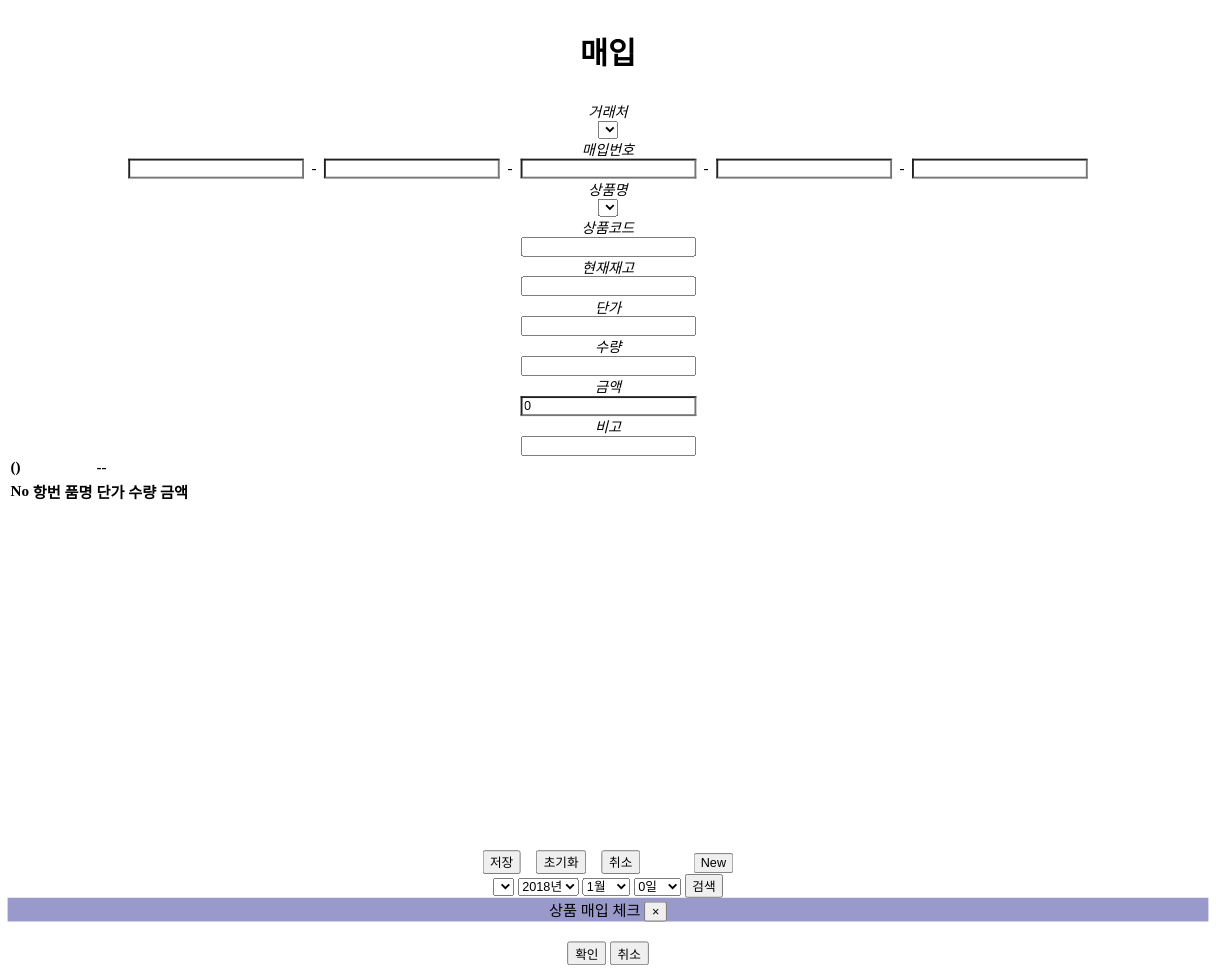
Repository: jaehyuny/springcontentall
Page: http://localhost/ncs4project/WEB-INF/views/distribution/pay_insert_form.jsp
The author's editor kept a copy of each file at every save. The page is drawn from the files as they stood at one save, then again after the next save.
The browser window is 1280 px wide. The pictures show the whole page, at 95% of full size.
The page is served by Tomcat 9. Nobody is signed in. Other server files are loaded and not shown. The template is opened directly, without the code that normally fills it, so the values that code supplies are empty.

Above is the page before, as saved 2018-07-25 03:41:24.

### ncs4webproject/ncs4project/src/main/webapp/WEB-INF/views/distribution/pay_insert_form.jsp
<%@ page language="java" contentType="text/html; charset=UTF-8"
    pageEncoding="UTF-8"%>
    <%@ taglib uri="http://java.sun.com/jsp/jstl/core" prefix="c" %>
<!DOCTYPE html PUBLIC "-//W3C//DTD HTML 4.01 Transitional//EN" "http://www.w3.org/TR/html4/loose.dtd">
<html>
<head>
<meta http-equiv="Content-Type" content="text/html; charset=UTF-8">
<title>Insert title here</title>
</head>
<body>
	<form id="buy_form" name="buy_form" action="buyinsert" method="post">
		<input type="hidden" id="vendname" name="vendname">
		<input type="hidden" id="seq" name="seq" value="0">
		<input type="hidden" id="beforeqty" name="beforeqty" value="0">
		<input type="hidden" id="beforeprocode" name="beforeprocode" value="0">
		<input type="hidden" id="beforeprice" name="beforeprice" value="0">
		<div class="container" style="text-align: center">
			<div style="margin-top: 30px">
				<h1>매입</h1>
			</div>
			<div class="row" style="margin-top: 30px">
				<div class="input-group mb-3 col-md-6">
					<div class="input-group mb-3">
						<div class="input-group-prepend">
							<span class="input-group-text" style="width: 100px"><i
								class="fas fa-address-card" style="font-size: 15px"> 거래처</i></span>
						</div>
						<select id="selectvender" name="vendcode" class="form-control">
							<c:forEach var="vender" items="${venders}">
								<option value="${vender.code}"<c:if test="${vender.code == buy.vendcode}">selected</c:if>>${vender.name}</option>
							</c:forEach>
						</select>
					</div>
					<div class="input-group mb-3">
						<div class="input-group-prepend">
							<span class="input-group-text" style="width: 100px"><i
								class="fas fa-address-card" style="font-size: 15px"> 매입번호</i></span>
						</div>
						<input type="text" id="yyyy" name="yyyy" class="form-control" style="background-color: #fff" value="${buy.yyyy}" readonly>
						&nbsp-&nbsp
						<input type="text" id="mm" name="mm" class="form-control" style="background-color: #fff" value="${buy.mm}" readonly>
						&nbsp-&nbsp
						<input type="text" id="dd" name="dd" class="form-control" style="background-color: #fff" value="${buy.dd}" readonly>
						&nbsp-&nbsp
						<input type="text" id="no" name="no" class="form-control" style="background-color: #fff" value="${buy.no}" readonly>
						&nbsp-&nbsp
						<input type="text" id="hang" name="hang" class="form-control" style="background-color: #fff" value="${buy.hang}" readonly>
					</div>
					<div class="input-group mb-3">
						<div class="input-group-prepend">
							<span class="input-group-text" style="width: 100px"><i
								class="fas fa-address-card" style="font-size: 15px"> 상품명</i></span>
						</div>
						<select id="selectproduct" name="procode" class="form-control">
							<c:forEach var="product" items="${products}">
								<option value="${product.code}">
								<c:choose>
									<c:when test="${product.code == 0000000000000}">${product.name}</c:when>
									<c:otherwise>${product.name} (${product.capacity})</c:otherwise>
								</c:choose>
								</option>
							</c:forEach>
						</select>
					</div>
					<div class="input-group mb-3">
						<div class="input-group-prepend">
							<span class="input-group-text" style="width: 100px"><i
								class="fas fa-address-card" style="font-size: 15px"> 상품코드</i></span>
						</div>
						<input type="text" id="productcode" name="productcode" class="form-control"
							maxlength="25" readonly>
						<div class="input-group-prepend">
							<span class="input-group-text" style="width: 100px"><i
								class="fas fa-address-card" style="font-size: 15px"> 현재재고</i></span>
						</div>
						<input type="text" id="stock" name="stock"
							class="form-control" maxlength="3" readonly>
					</div>
					<div class="input-group mb-3">
						<div class="input-group-prepend">
							<span class="input-group-text" style="width: 100px"><i
								class="fas fa-address-card" style="font-size: 15px"> 단가</i></span>
						</div>
						<input type="text" id="price" name="price" class="form-control"
							maxlength="9">
					</div>
					<div class="input-group mb-3">
						<div class="input-group-prepend">
							<span class="input-group-text" style="width: 100px"><i
								class="fas fa-address-card" style="font-size: 15px"> 수량</i></span>
						</div>
						<input type="text" id="qty" name="qty" class="form-control"
							maxlength="3">
					</div>
					<div class="input-group mb-3">
						<div class="input-group-prepend">
							<span class="input-group-text" style="width: 100px"><i
								class="fas fa-address-card" style="font-size: 15px"> 금액</i></span>
						</div>
						<input type="text" id="total" name="total" class="form-control" style="background-color: #fff" value="0"
							maxlength="9" readonly>
					</div>
					<div class="input-group mb-3">
						<div class="input-group-prepend">
							<span class="input-group-text" style="width: 100px"><i
								class="fas fa-address-card" style="font-size: 15px"> 비고</i></span>
						</div>
						<input type="text" id="memo" name="memo" class="form-control"
							maxlength="30">
					</div>
				</div>
				<div class="input-group mb-3 col-md-6" style="overflow:auto; height:415px">
					<div class="input-group mb-3">
						<table class="table table-bordered">
							<thead class="thead-dark">
								<tr style="text-align: left">
									<c:choose>
										<c:when test="${y == null}">
											<th colspan="3">(${buy.vendname})</th>
											<th colspan="3">${buy.yyyy}-${buy.mm}-${buy.dd}</th>
										</c:when>
										<c:otherwise>
											<th colspan="3">${vn}</th>
											<th colspan="3">
											<c:choose>
												<c:when test="${d != 0}">${y}-${m}-${d}</c:when>
												<c:otherwise>${y}-${m}</c:otherwise>
											</c:choose>
											</th>
										</c:otherwise>
									</c:choose>
								</tr>
								<tr>
									<th>No</th>
									<th>항번</th>
									<th>품명</th>
									<th>단가</th>
									<th>수량</th>
									<th>금액</th>
								</tr>
							</thead>
							<c:forEach var="buy" items="${buys}" varStatus="status">
								<tbody>
									<tr>
									<c:choose>
										<c:when test="${buy.hang==0 && buy.no !=0}">
											<td> </td>
											<td> </td>
											<td>소계</td>
											<td> </td>
											<td>${buy.qty}</td>
											<td>${buy.total}</td>
										</c:when>
										<c:when test="${buy.hang==0 && buy.no ==0}">
											<td></td>
											<td></td>
											<td>총계</td>
											<td></td>
											<td>${buy.qty}</td>
											<td>${buy.total}</td>
										</c:when>
										<c:otherwise>
											<c:choose>
												<c:when test="${d != 0}">
													<td>${buy.no}</td>
												</c:when>
												<c:otherwise>
													<td>${buy.dd}-${buy.no}</td>
												</c:otherwise>
											</c:choose>
											<td>${buy.hang}</td>
											<td><a href="#" onclick="selectedSeq(${buy.seq})">${buy.proname}</a></td>
											<td>${buy.price}</td>
											<td>${buy.qty}</td>
											<td>${buy.total}</td>
										</c:otherwise>
									</c:choose>
									</tr>
								</tbody>
							</c:forEach>
						</table>
					</div>
				</div>
			</div>
			</form>
			<form id="buysearch_form" action="buysearch" method="get">
			<div class="row">
				<div class="input-group mb-3 col-md-6">
					<button type="button" id="buysave" class="btn btn-primary">저장</button>
					&nbsp&nbsp
					<button type="button" id="buyupdate" class="btn btn-success" style="display: none">update</button>
					<button type="reset" id="buyreset" class="btn btn-success">초기화</button>
					&nbsp&nbsp
					<a href="index"><button type="button" id="buycancel"
							class="btn btn-warning">취소</button></a>
					&nbsp&nbsp&nbsp&nbsp&nbsp&nbsp&nbsp&nbsp&nbsp&nbsp&nbsp&nbsp
					<a href="buyinsertform"><button type="button" id="buynew" class="btn btn-danger">New</button></a>
				</div>
				<div class="input-group mb-3 col-md-6">
					<select id="searchvender" name="searchvender" class="form-control">
						<c:forEach var="vender" items="${venders}">
							<option value="${vender.code}"<c:if test="${vender.code == vn}">selected</c:if>>${vender.name}</option>
						</c:forEach>
					</select>
					<select id="searchyyyy" name="searchyyyy" class="form-control">
						<c:forEach begin="1" end="18" var="x" step="1">
							<c:choose>
								<c:when test="${x <= 9}">
									<option value="20${19-x}">20${19-x}년</option>
								</c:when>
								<c:otherwise>
									<option value="200${19-x}">200${19-x}년</option>
								</c:otherwise>
							</c:choose>
						</c:forEach>
					</select>
					<select id="searchmm" name="searchmm" class="form-control">
						<c:forEach var="i" begin="1" end="12" step="1">
							<option value="${i}"<c:if test="${i == m}">selected</c:if>>${i}월</option>
						</c:forEach>
					</select>
					<select id="searchdd" name="searchdd" class="form-control">
						<c:forEach var="i" begin="0" end="31" step="1">
							<option value="${i}"<c:if test="${i == d}">selected</c:if>>${i}일</option>
						</c:forEach>
					</select>
					<button type="button" id="buysearch" class="btn btn-primary">검색</button>
				</div>
			</div>
			<!-- Modal -->
			<div id="buymyModal" class="modal fade" role="dialog">
				<div class="modal-dialog">

					<!-- Modal content-->
					<div class="modal-content">
						<div class="modal-header" style="background-color: #9999cc">
							상품 매입 체크
							<button type="button" class="close" data-dismiss="modal">&times;</button>
							<h4 class="modal-title"></h4>
						</div>
						<div class="buy-modal-body">
							<p><span id="modalmsgvender"></span></p>
							<p><span id="modalmsgproduct"></span></p>
							<p><span id="modalmsg"></span></p>
						</div>
						<div class="modal-footer">
							<button type="button" class="btn btn-success buy_modal_btn1" data-dismiss="modal">확인</button>
							<button type="button" class="btn btn-success buy_modal_btn2" data-dismiss="modal">취소</button>
						</div>
					</div>
				</div>
			</div>
		</div>
	</form>
</body>
</html>

After the next save:
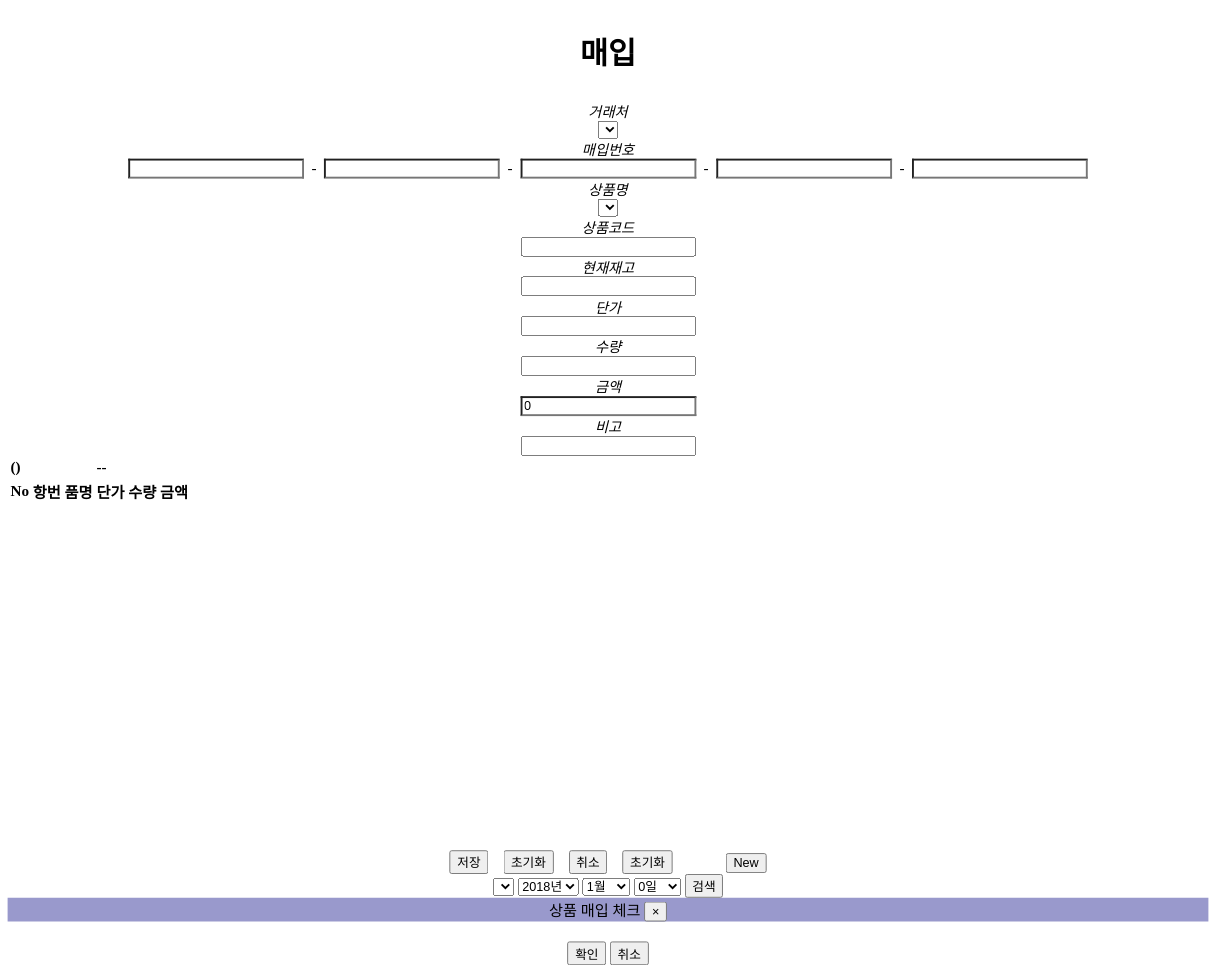
Saved 87 min 1 s later.
--- a/ncs4webproject/ncs4project/src/main/webapp/WEB-INF/views/distribution/pay_insert_form.jsp
+++ b/ncs4webproject/ncs4project/src/main/webapp/WEB-INF/views/distribution/pay_insert_form.jsp
@@ -193,6 +193,8 @@
 					&nbsp&nbsp
 					<a href="index"><button type="button" id="buycancel"
 							class="btn btn-warning">취소</button></a>
+					&nbsp&nbsp
+					<button type="button" id="buydelete" class="btn btn-default">초기화</button>
 					&nbsp&nbsp&nbsp&nbsp&nbsp&nbsp&nbsp&nbsp&nbsp&nbsp&nbsp&nbsp
 					<a href="buyinsertform"><button type="button" id="buynew" class="btn btn-danger">New</button></a>
 				</div>
